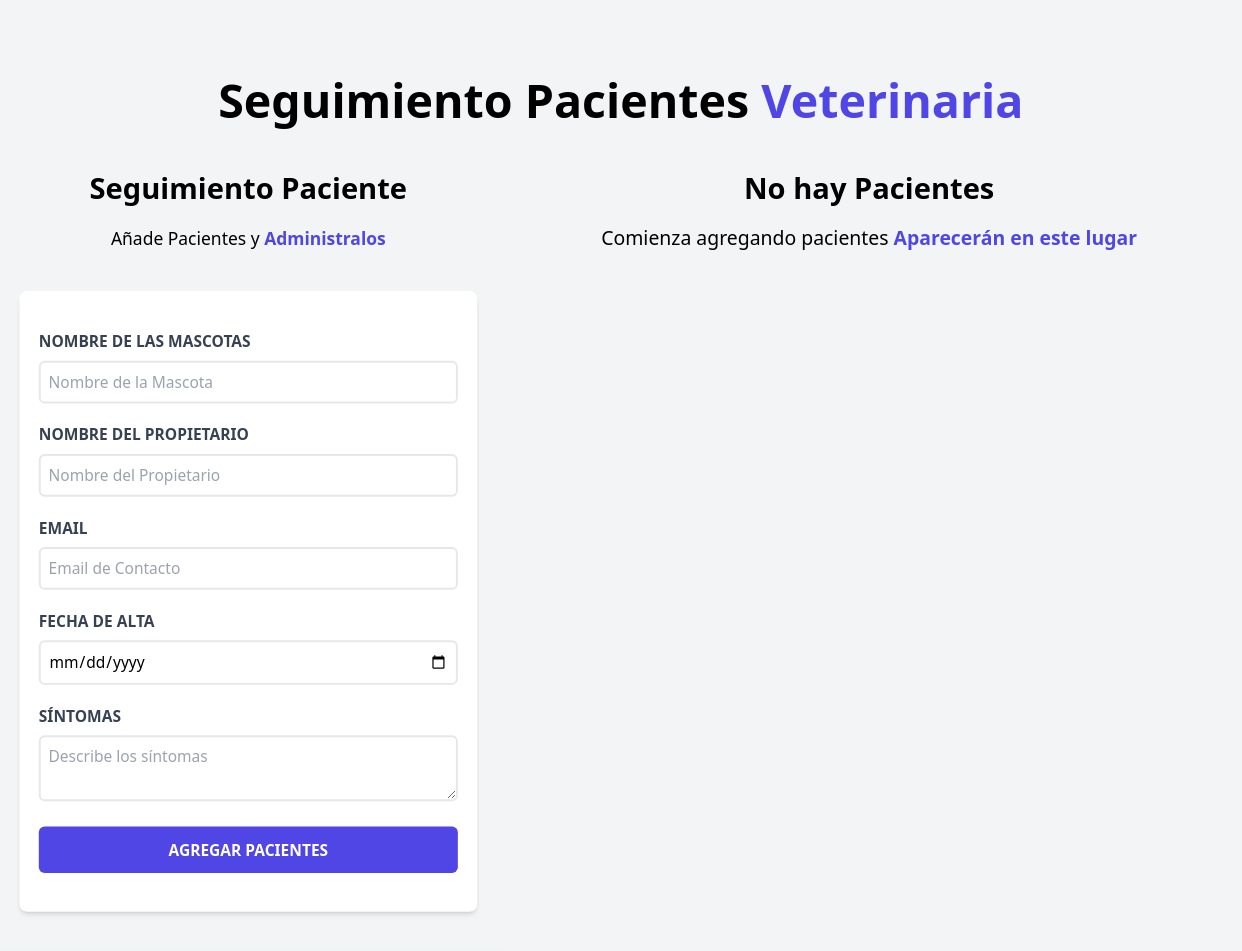
Repository: richardacb/citas_react_vite
Page: /
The author's editor kept a copy of each file at every save. The page is drawn from the files as they stood at one save, then again after the next save.
The browser window is 1280 px wide. The pictures show the whole page, at 97% of full size.
The project was rebuilt for these pictures with package versions that can differ from the ones it lists, and the page was loaded fresh each time. Also part of the build but not shown: vite.config.js, src/components/Errores.jsx, src/components/Paciente.jsx.

Above is the page before, as saved 2022-12-19 18:35:47.

After the next save:
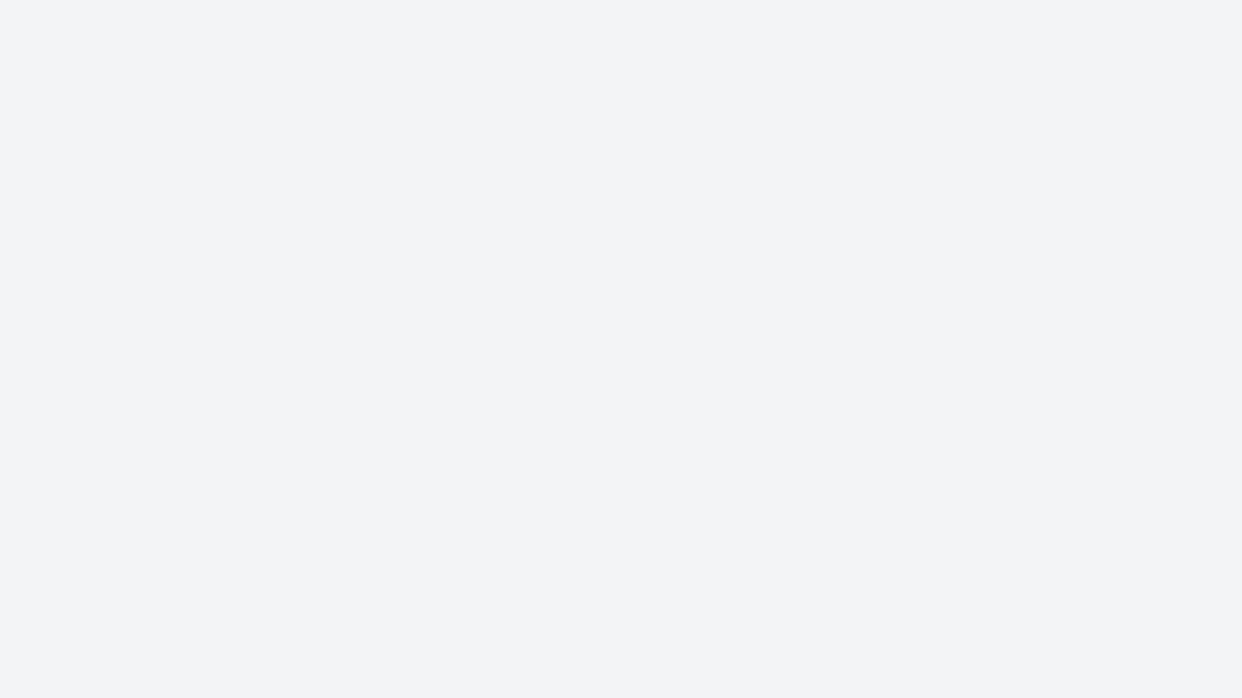
Console error: TypeError: create is not a function
Saved 4 s later.
--- a/src/components/Formulario.jsx
+++ b/src/components/Formulario.jsx
@@ -21,7 +21,7 @@
   const [error, setError] = useState(false);
 
   //usamos el useEffect
-
+  useEffect( )
 
   //funcion para generar ID
   const generarId = () => {

After the save that followed:
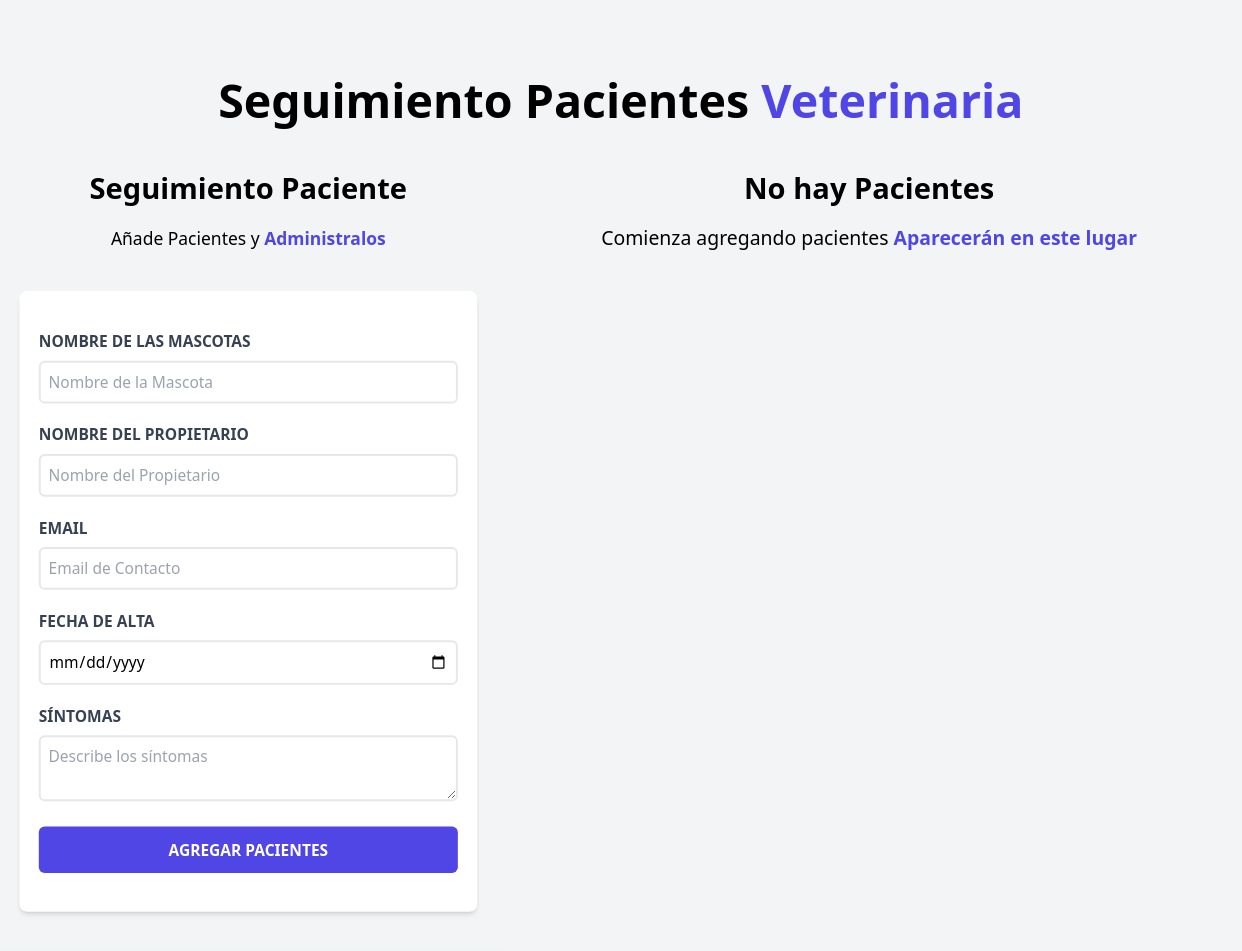
The error is gone.
Saved 4 s later.
--- a/src/components/Formulario.jsx
+++ b/src/components/Formulario.jsx
@@ -21,7 +21,9 @@
   const [error, setError] = useState(false);
 
   //usamos el useEffect
-  useEffect( )
+  useEffect( () => {
+
+  })
 
   //funcion para generar ID
   const generarId = () => {
